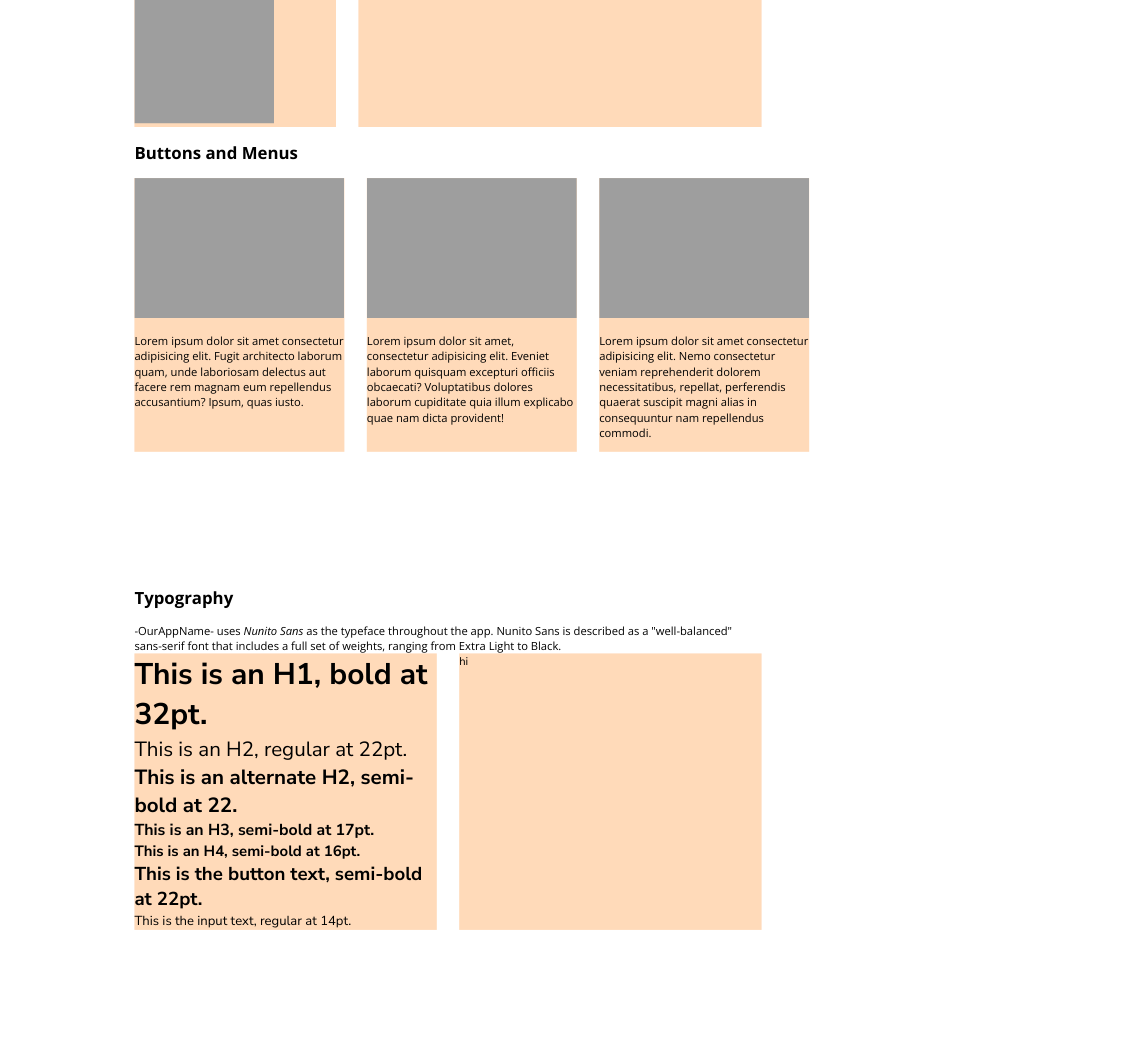
Repository: seohyun9672/Timearth-A6Styleguide
Page: page2.html
An editor plug-in stored every save of this project. The page is shown before and after the next save, followed by the edit.
The browser window is 1280 px wide. The page is 1632 px wide, so the pictures cover 1632 px, including what lies to the right of the window. The pictures show the part of the page from y = 979 to 2499 px (the page is 2499 px tall before and 2387 px after), at 70% of full size.
Pictures or frames that could not be fetched are drawn as grey boxes.

Above is the page before, as saved 2022-03-20 19:50:35.

After the next save:
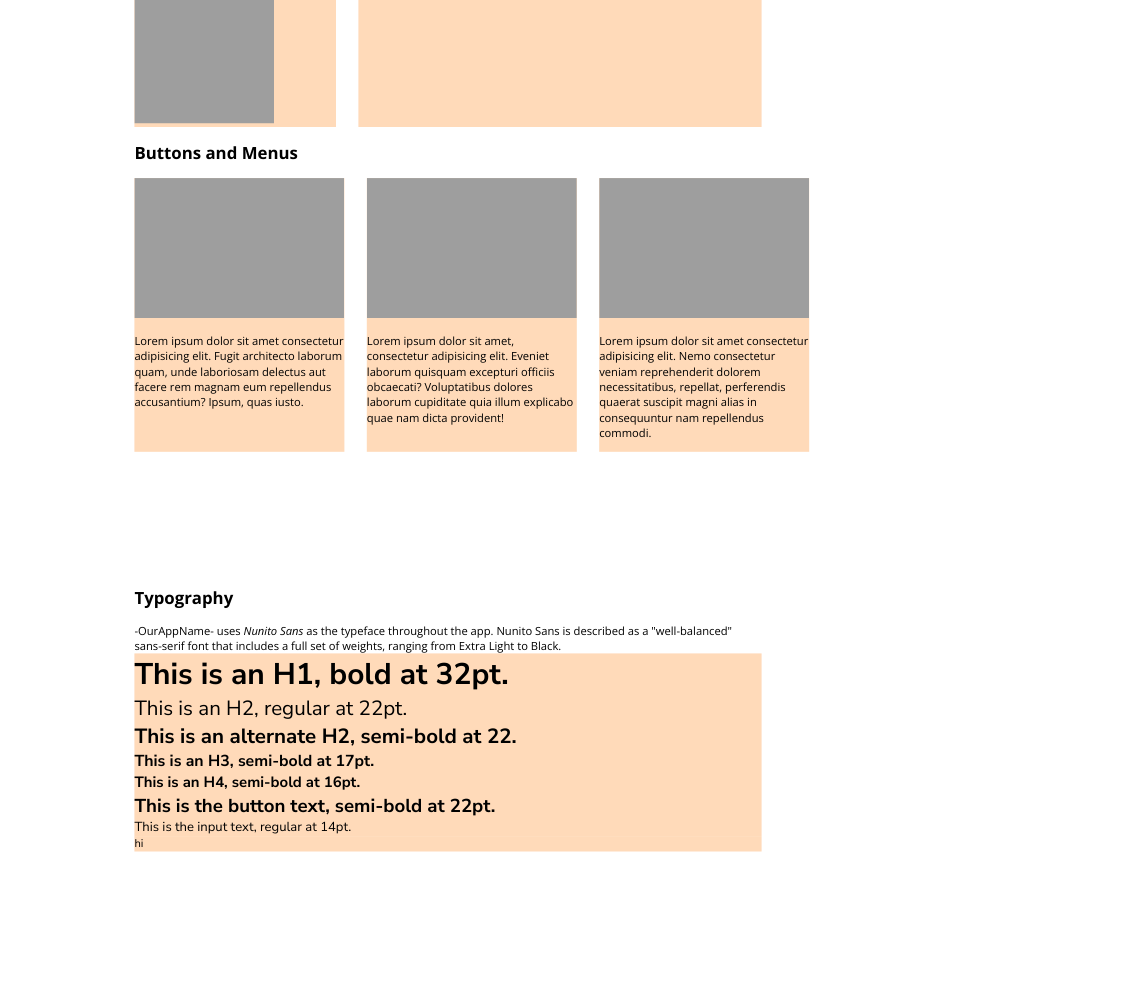
Saved 21 s later.
--- a/stylesheet.css
+++ b/stylesheet.css
@@ -102,9 +102,9 @@ li a:hover {
     grid-template-columns: 1fr 2fr;
     grid-gap:2em;
 }
-.col-2-half {
+.col-2-font {
     display:grid;
-    grid-template-columns: 1fr 1fr;
+    grid-template-columns: 2fr 1fr;
     grid-gap:2em;
 }
 .col {
